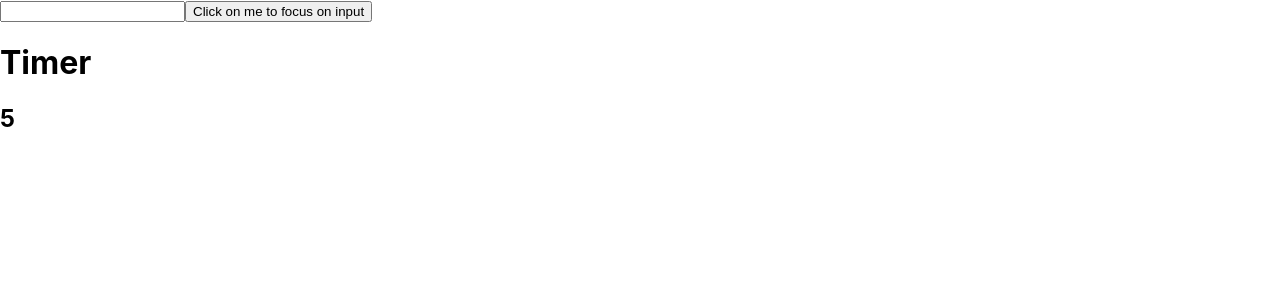
Repository: Aakash20bhatt/LearnReact
Page: / (app in machine-coding/)
These files come from the project's save history. The page is drawn as it stood at one moment and after the next save; the edit follows.
The browser window is 1280 px wide. The pictures show the whole page.
The project was rebuilt for these pictures with package versions that can differ from the ones it lists, and the page was loaded fresh each time. Also part of the build but not shown: machine-coding/src/App.css.

Above is the page before, as saved 2024-09-22 17:06:40.

### machine-coding/src/App.js
import './App.css';
import Ref from './components/Ref';

function App() {
  return (
    <>
    <Ref/>
    </>
  );
}

export default App;

### machine-coding/src/components/Ref.jsx
import {useEffect, useRef, useState} from 'react'

export default function Ref(){
    // This code is fine but it has  problems
    // 1. Whenever someone click on it, each time we are selected the input.
    // 2. In React , we do not interact with dom, you just gave the functionally.
    // const handleClick = ()=>{
    //     const inputEle = document.querySelector('input')
    //     inputEle.focus()
    // }

    // Issues: First this code execute then return wali statement re-render
    // Sol - so we use UseRef, when we want the reference of the DOM element.
    // const inputEle = document.querySelector('input')

    // const handleClick = ()=>{
    //     inputEle.focus()
    // }

    const [seconds, setSeconds] = useState(0);
    const inputRef = useRef(null);
    const handleClick = ()=>{
        inputRef.current.focus();
    }

    useEffect(()=>{
        setInterval(()=>{
            setSeconds((prevSeconds) => prevSeconds + 1);
        },1000)
    },[])
    return(
        <div>
            <input ref={inputRef} type="text" />
            <button onClick={handleClick}>Click on me to focus on input</button>
            <div>
                <h1>Timer</h1>
                <h2>{seconds}</h2>
            </div>
        </div>
    )
}

Loaded but not shown: machine-coding/public/index.html (common file); machine-coding/src/index.js (common file); machine-coding/src/index.css (common file); machine-coding/src/reportWebVitals.js (common file)

After the next save:
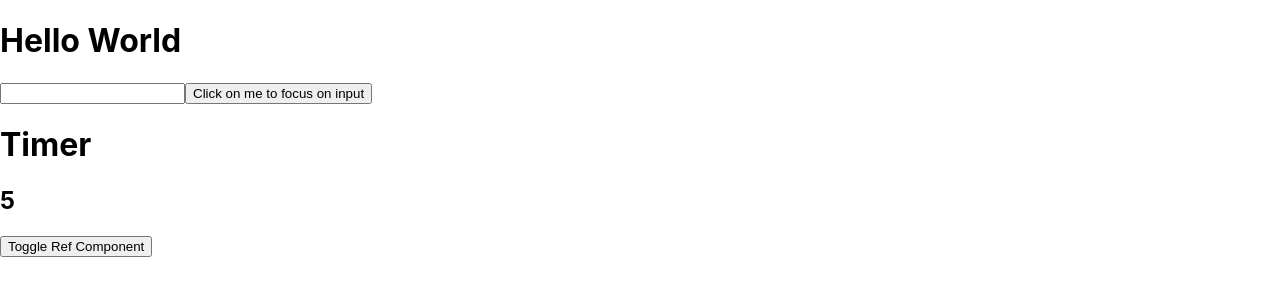
Saved 21 min 24 s later.
--- a/machine-coding/src/App.js
+++ b/machine-coding/src/App.js
@@ -1,10 +1,15 @@
 import './App.css';
 import Ref from './components/Ref';
+import { useState } from'react';
 
 function App() {
+
+  const [show, setShow] = useState(true);
   return (
     <>
-    <Ref/>
+    <h1>Hello World</h1>
+    {show && <Ref/>}
+    <button onClick={()=>setShow(!show)}>Toggle Ref Component</button>
     </>
   );
 }
